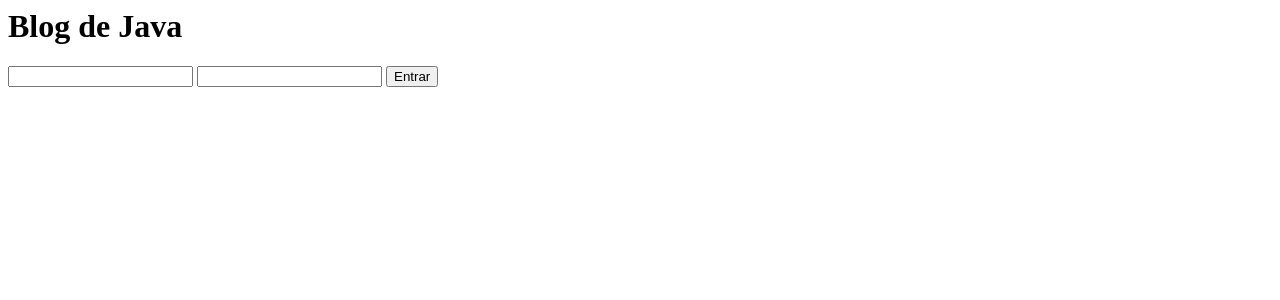
Repository: alruis/IJavaDreamBlog
Page: http://localhost/IJavaBlog/jsp/blog/cabecera.jsp
An editor plug-in stored every save of this project. The page is shown before and after the next save, followed by the edit.
The browser window is 1280 px wide. The pictures show the whole page.
The page is served by Tomcat 9. Nobody is signed in. The application's start-up code is not run.

Above is the page before, as saved 2014-09-26 10:21:42.

After the next save:
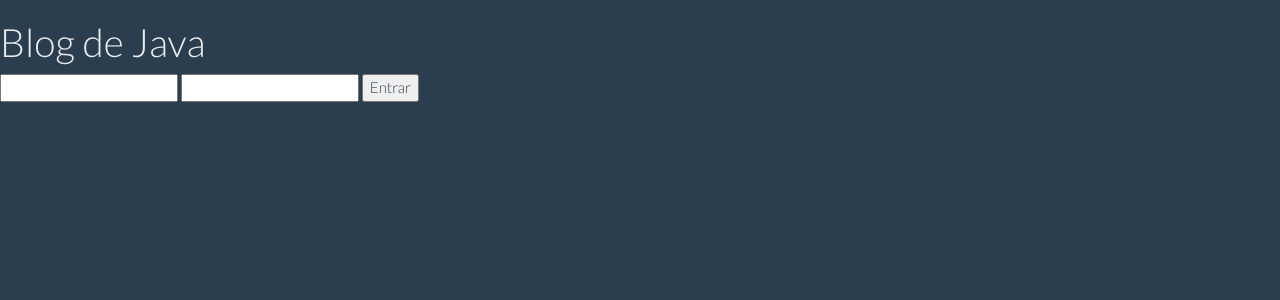
Saved 2 min 25 s later.
--- a/IJavaBlog/WebContent/jsp/blog/cabecera.jsp
+++ b/IJavaBlog/WebContent/jsp/blog/cabecera.jsp
@@ -3,6 +3,8 @@
 <%@ taglib prefix="c" uri="http://java.sun.com/jsp/jstl/core" %>
 
 <!--  <link href="css/cabecera.css" rel="stylesheet" type="text/css" /> -->
+	<link href="css/bootstrap.css" rel="stylesheet" type="text/css" />
+	<link href="css/ijavablog.css" rel="stylesheet" type="text/css" />
 <div id="cabecera">
 	<form action="autenticar.blog" method="post">
 	<div onclick="javascript:location.href='index.blog'"><h1>Blog de Java</h1></div>

After the save that followed:
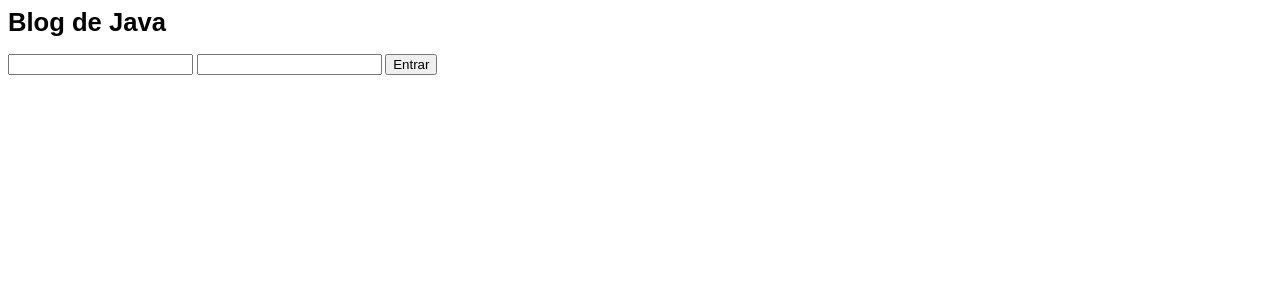
Saved 61 s later.
--- a/IJavaBlog/WebContent/jsp/blog/cabecera.jsp
+++ b/IJavaBlog/WebContent/jsp/blog/cabecera.jsp
@@ -3,7 +3,7 @@
 <%@ taglib prefix="c" uri="http://java.sun.com/jsp/jstl/core" %>
 
 <!--  <link href="css/cabecera.css" rel="stylesheet" type="text/css" /> -->
-	<link href="css/bootstrap.css" rel="stylesheet" type="text/css" />
+	<!--  <link href="css/bootstrap.css" rel="stylesheet" type="text/css" />  -->
 	<link href="css/ijavablog.css" rel="stylesheet" type="text/css" />
 <div id="cabecera">
 	<form action="autenticar.blog" method="post">
